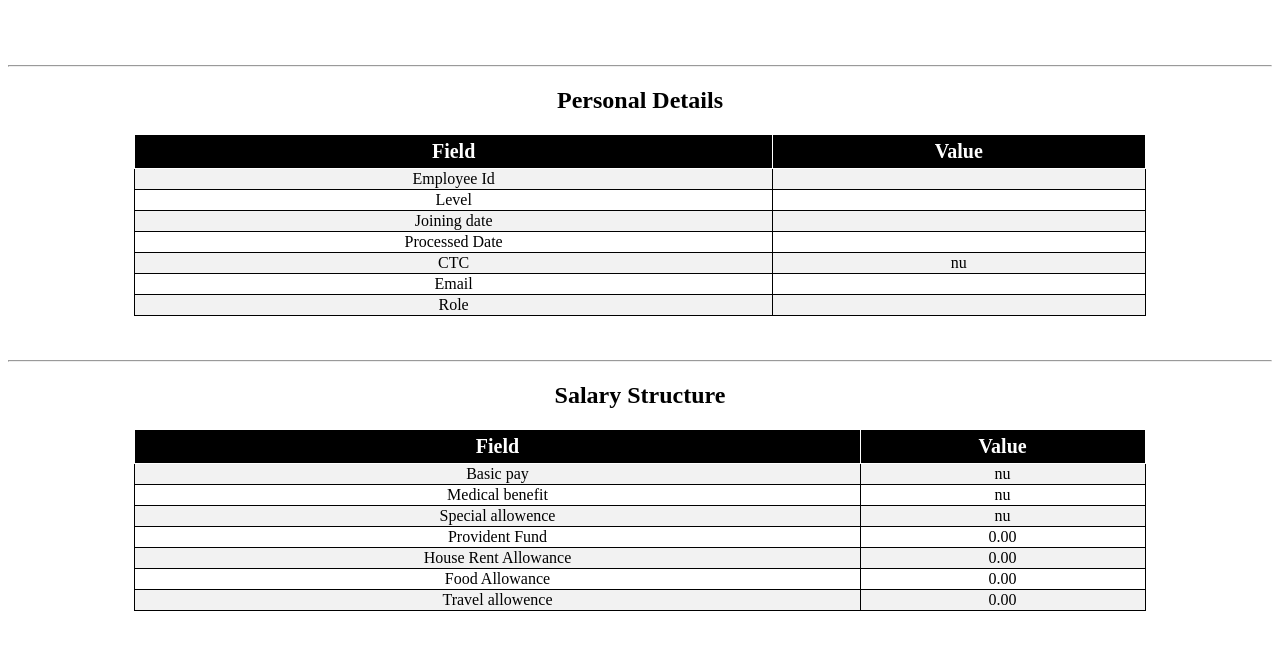
Repository: Mainak-Deb/EmployeeApprisalApp
Page: http://localhost/EmployeeApprisalForm/WEB-INF/views/userPage.jsp
These files come from the project's save history. The page is drawn as it stood at one moment and after the next save; the edit follows.
The browser window is 1280 px wide. The pictures show the whole page.
The page is served by Tomcat 9. Nobody is signed in. Other server files are loaded and not shown. The template is opened directly, without the code that normally fills it, so the values that code supplies are empty.

Above is the page before, as saved 2023-06-27 11:26:26.

### EmployeeApprisalForm/src/main/webapp/WEB-INF/views/userPage.jsp
<%@ page language="java" contentType="text/html; charset=ISO-8859-1"
    pageEncoding="ISO-8859-1"%>
    <%@ taglib prefix="c" uri="http://java.sun.com/jsp/jstl/core" %>


<!DOCTYPE html>
<html lang="en">
<head>
    <meta charset="UTF-8">
    <meta name="viewport" content="width=device-width, initial-scale=1.0">
    <title>Document</title>
    <style>
        table, th, td {
          border: 1px solid;
          text-align: center;
        }

        table {
          width: 80%;
          margin: auto;
        }
        </style>
        <link rel="stylesheet" href="public/styles/userPage.css">

</head>
<body>

    <h1 style="text-align: center;" >${employeeDetails.name}</h1>
    <div style="text-align: center;" >${employeeDetails.designation}</div> <br><br>
    <hr>
    <div>
    <h2 style="text-align: center;" >Personal Details</h2>
    <table>
        <tr>
          <th>Field</th>
          <th>Value</th>
        </tr>
         <tr>
          <td>Employee Id</td>
          <td> ${employeeDetails.empID}</td>
        </tr>
        <tr>
          <td>Level</td>
          <td> ${employeeDetails.level}</td>
        </tr>
        <tr>
          <td>Joining date</td>
          <td>${employeeDetails.postedDate}</td>
        </tr>
        <tr>
            <td>Processed Date</td>
            <td>${employeeDetails.processedDate}</td>
        </tr>
        <tr>
            <td>CTC</td>
            <td>${String.format("%.2f", employeeDetails.ctc)}</td>
        </tr>

        <tr>
            <td>Email</td>
            <td>${employeeDetails.username}</td>
        </tr>

        <tr>
            <td>Role</td>
            <td>${employeeDetails.role}</td>
        </tr>
      </table>

      <br><br>
      <hr>
      <h2 style="text-align: center;" >Salary Structure</h2>
      <table>
        <tr>
          <th>Field</th>
          <th>Value</th>
        </tr>
        <tr>
          <td>Basic pay</td>
          <td>${String.format("%.2f", employeeDetails.basic)}</td>
        </tr>
        <tr>
          <td>Medical benefit</td>
          <td>${String.format("%.2f", employeeDetails.medical)}</td>
        </tr>
        <tr>
            <td>Special allowence</td>
            <td>${String.format("%.2f", employeeDetails.specialAllowances)}</td>
        </tr>
        <tr>
            <td>Provident Fund</td>
            <td>${String.format("%.2f", employeeDetails.basic*employeeDetails.pf/100)}</td>
        </tr>

        <tr>
            <td>House Rent Allowance</td>
            <td>${String.format("%.2f", employeeDetails.basic*employeeDetails.hra/100)}</td>
        </tr>

        <tr>
            <td>Food Allowance</td>
            <td>${String.format("%.2f", employeeDetails.specialAllowances*employeeDetails.food/100)}</td>
        </tr>
        <tr>
            <td>Travel allowence</td>
            <td>${String.format("%.2f", employeeDetails.specialAllowances*employeeDetails.travel/100)}</td>
        </tr>
      </table>

      <br><br>
      </div>

</body>
</html>

### EmployeeApprisalForm/src/main/webapp/public/styles/userPage.css
table, th, td {
    text-align: center;
  }

  table {
    width: 80%;
    margin: auto;
      border-collapse: collapse;
        border: 1px solid #ddd;
  padding: 8px;
  }

  th{
  	background-color:black;
  	color:white;
  	padding:5px;
  	font-size:20px;
  }
tr:nth-child(even){background-color: #f2f2f2;}

tr:hover {background-color: #ddd;}

After the next save:
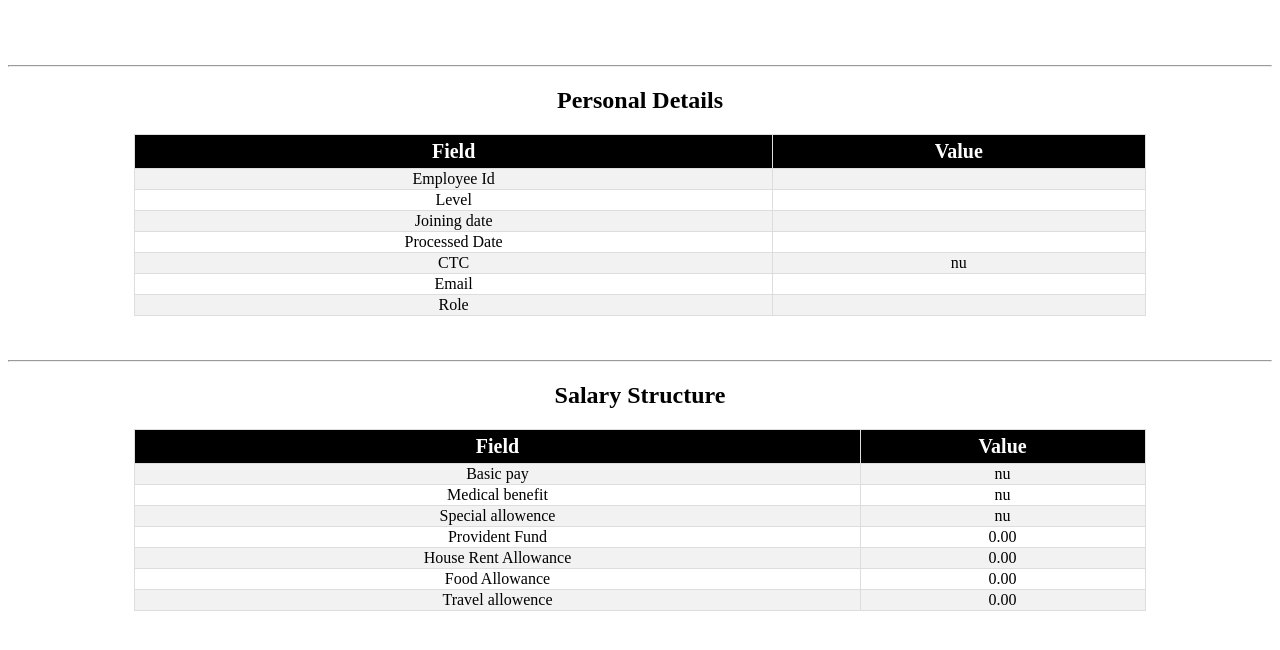
Saved 68 s later.
--- a/EmployeeApprisalForm/src/main/webapp/public/styles/userPage.css
+++ b/EmployeeApprisalForm/src/main/webapp/public/styles/userPage.css
@@ -1,5 +1,6 @@
 table, th, td {
     text-align: center;
+     border: 1px solid #ddd;
   }
 
   table {
